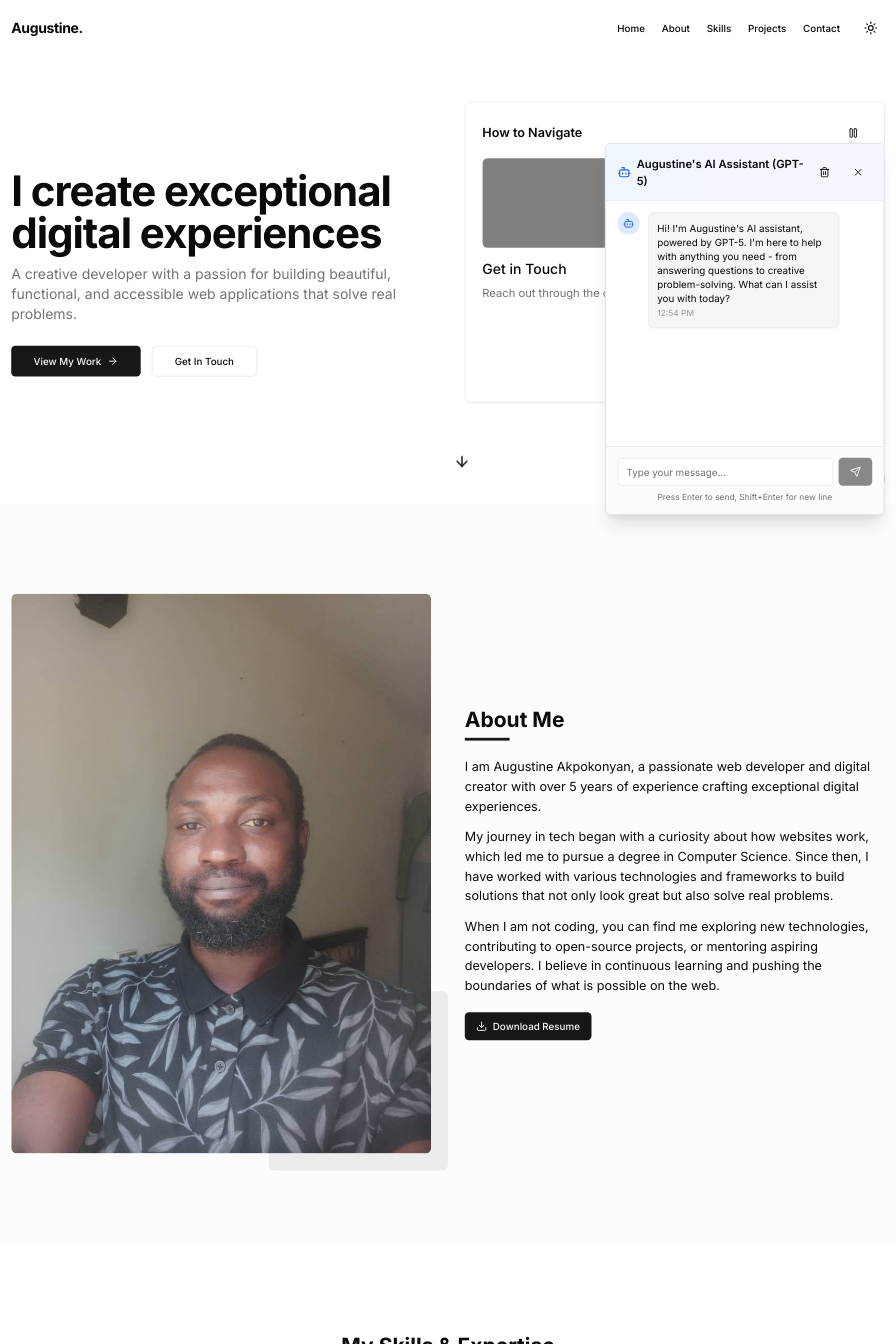
Repository: countaustin1990/AUSTIN-S-PORTFOLIO
Page: /, after clicking the first element matching `body.__font0 > button`
An editor plug-in stored every save of this project. The page is shown before and after the next save, followed by the edit.
The browser window is 1280 px wide. The pictures show the part of the page from y = 0 to 1920 px (the page is 5574 px tall), at 70% of full size.
Pictures or frames that could not be fetched are drawn as grey boxes. The project was rebuilt for these pictures with package versions that can differ from the ones it lists, and the page was loaded fresh each time. The framework's server and built-in components were replaced by stand-ins that run in the browser. Also part of the build but not shown: next.config.js.

Above is the page before, as saved 2025-08-19 14:15:32.

After the next save:
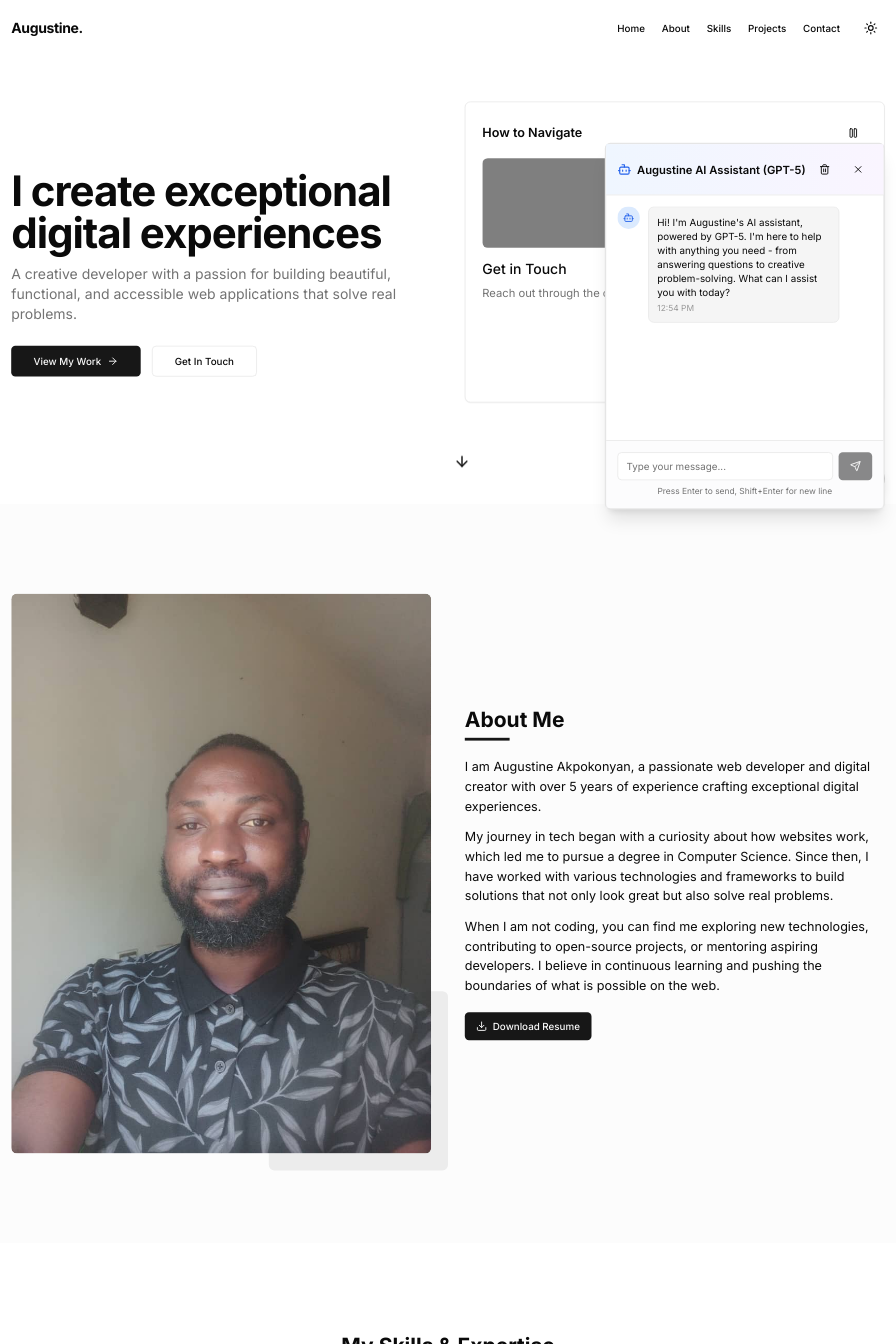
Saved 11 s later.
--- a/components/Chatbot.tsx
+++ b/components/Chatbot.tsx
@@ -132,7 +132,7 @@ export default function Chatbot() {
               <div className="p-4 border-b flex justify-between items-center bg-gradient-to-r from-blue-50 to-purple-50 dark:from-blue-900/20 dark:to-purple-900/20">
                 <div className="flex items-center gap-2">
                   <Bot className="h-5 w-5 text-blue-600" />
-                  <h3 className="font-semibold">Augustine's AI Assistant (GPT-5)</h3>
+                  <h3 className="font-semibold">Augustine AI Assistant (GPT-5)</h3>
                 </div>
                 <div className="flex gap-2">
                   <Button
